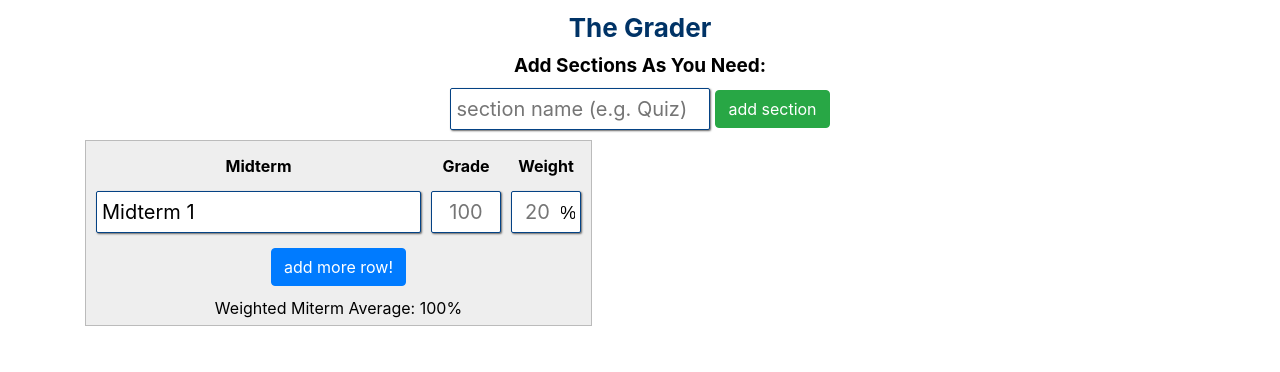
Repository: BarishNamazov/BarishNamazov.github.io
Page: thegrader/index.html
An editor plug-in stored every save of this project. The page is shown before and after the next save, followed by the edit.
The browser window is 1280 px wide. The pictures show the whole page.

Above is the page before, as saved 2020-10-31 17:41:35.

After the next save:
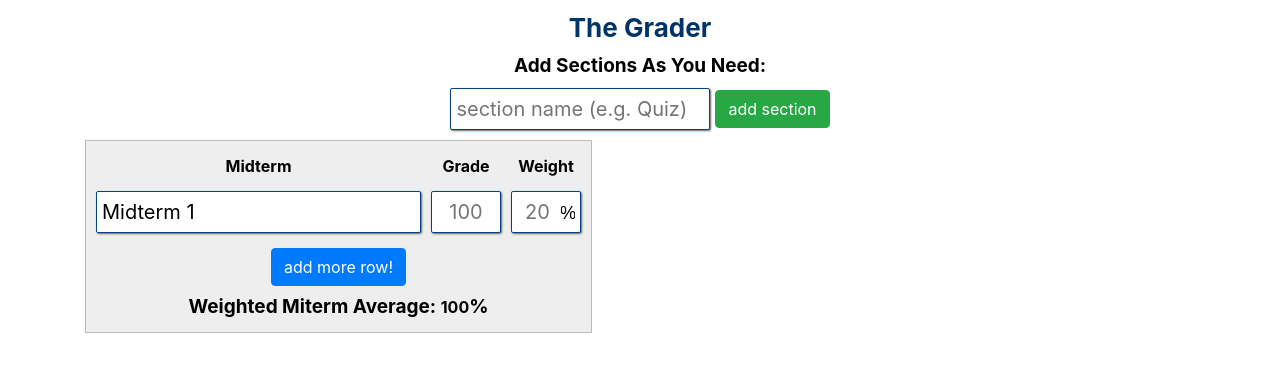
Saved 23 s later.
--- a/thegrader/index.html
+++ b/thegrader/index.html
@@ -48,7 +48,9 @@
                   <button class="btn btn-primary rowAdder" id="section1RowAdder">add more row!</button>
 
                   <div class="gradeBar">
-                    Weighted Miterm Average: <span class="sectionAverage">100</span>%
+                    <h3>
+                      Weighted Miterm Average: <span class="sectionAverage">100</span>%
+                    </h3>
                   </div>
                 </td>
               </tr>
